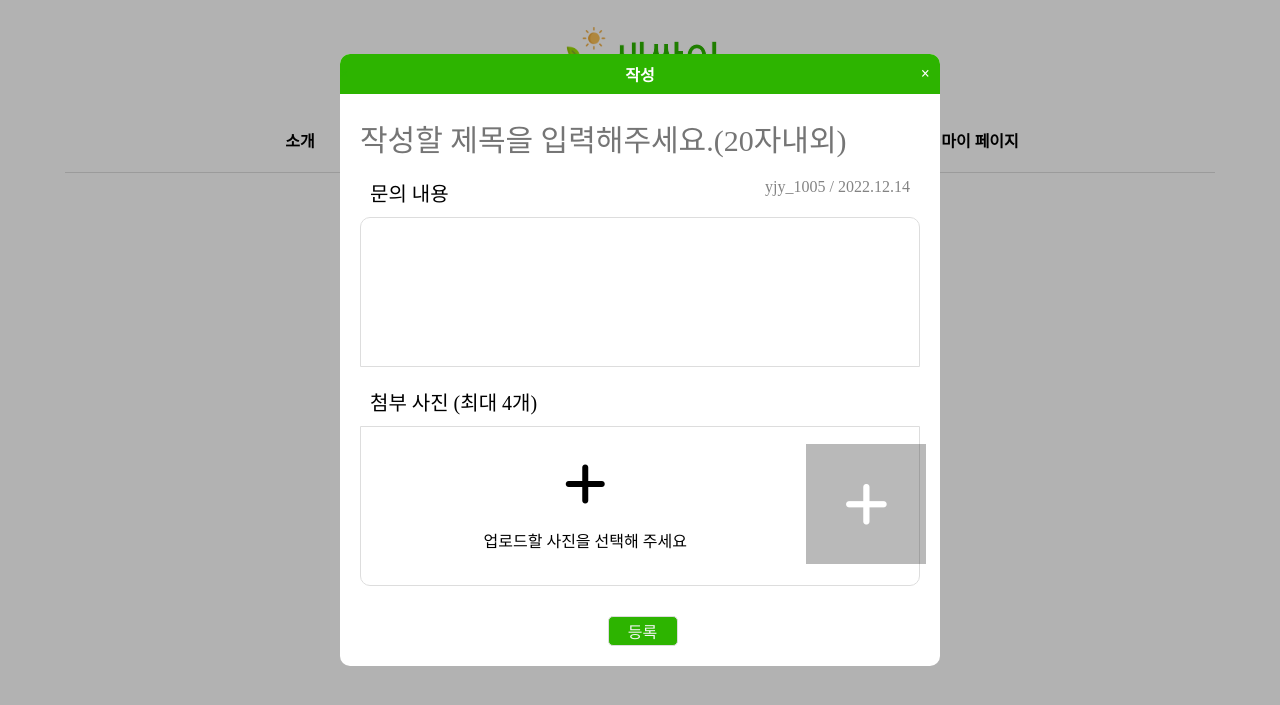
Repository: Seedye/Seedye
Page: team/src/main/webapp/html/board/board-write.html
These files come from the project's save history. The page is drawn as it stood at one moment and after the next save; the edit follows.
The browser window is 1280 px wide. The pictures show the whole page.
Some web fonts or font styles are not loaded; a fallback is used. Some web libraries are served in a nearby version.

Above is the page before, as saved 2022-12-19 15:54:48.

After the next save:
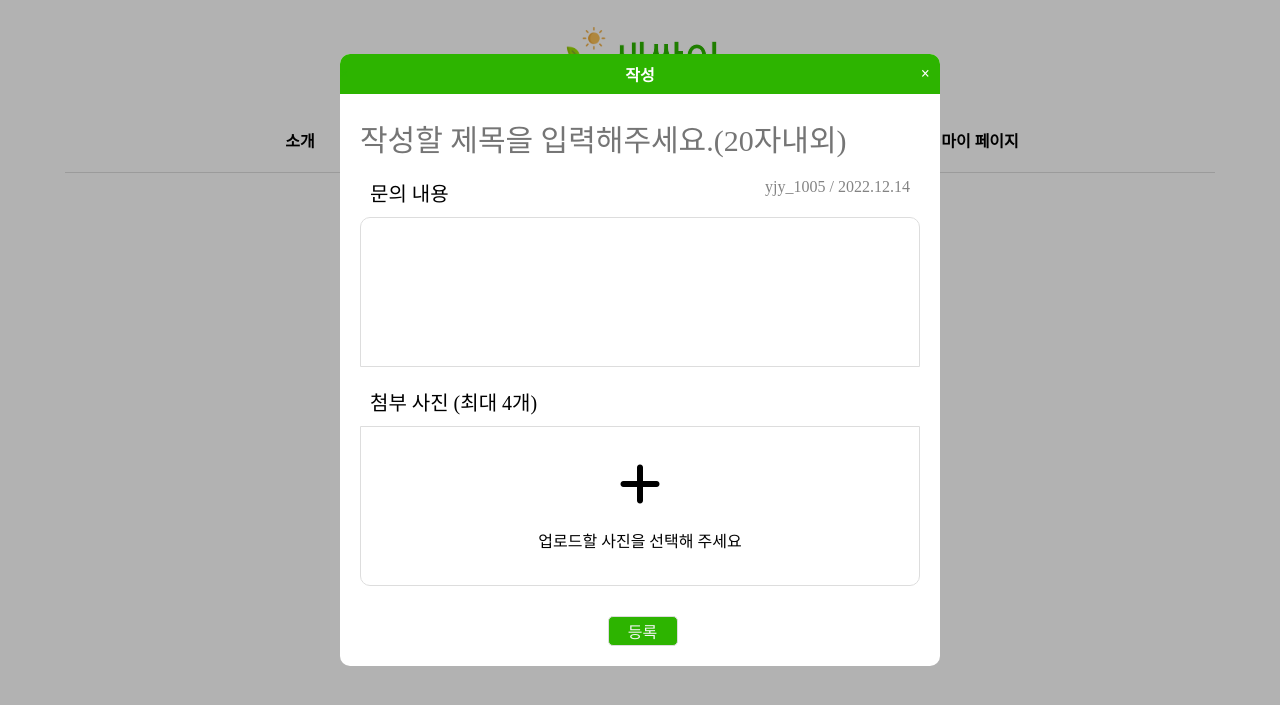
Saved 11 s later.
--- a/team/src/main/webapp/html/board/board-write.html
+++ b/team/src/main/webapp/html/board/board-write.html
@@ -101,7 +101,7 @@
                 </div>
               -->
                 <!-- 사진 추가 버튼 -->
-                <div class="board-view-content-img add-file-area-hidden add-file-area">
+                <div class="board-view-content-img add-file-area-hidden">
                   <label for="inputFile">
                     <div class="board-Write-img-delete">
                       <i class="fa-solid fa-plus fa-1x"></i>
